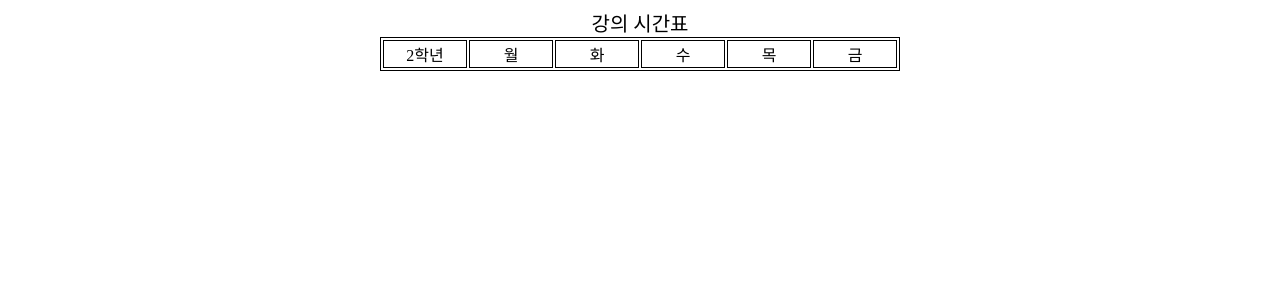
Repository: gyungmean/2020_2_webProgramming
Page: week1/week1/WebContent/Practice01/Practice01.html
These files come from the project's save history. The page is drawn as it stood at one moment and after the next save; the edit follows.
The browser window is 1280 px wide. The pictures show the whole page.

Above is the page before, as saved 2020-09-05 15:30:29.

### week1/week1/WebContent/Practice01/Practice01.html
<!-- 크롬 -->
<!DOCTYPE hTml>
<html>
<head>
	<title>컴퓨터학과 2학년 시간표</title>
	<style>
	caption {
		font-size: 20px;
	}
	table, td{
		border: 1px solid black;
	}
	td{
		width: 80px;
		higth: 80px;
		text-align: center;
	}

	</style>
</head>
<body>
	<div align="center">
		<table>
			<caption>강의 시간표</caption>
			<tr>
				<td>2학년</td>
				<td>월</td>
				<td>화</td>
				<td>수</td>
				<td>목</td>
				<td>금</td>
			</tr>
		</table>
	</div>
</body>
</html>

After the next save:
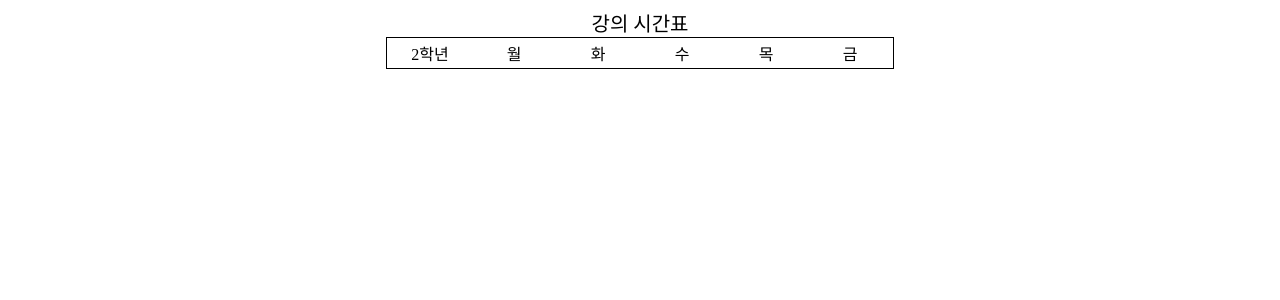
Saved 7 s later.
--- a/week1/week1/WebContent/Practice01/Practice01.html
+++ b/week1/week1/WebContent/Practice01/Practice01.html
@@ -7,7 +7,7 @@
 	caption {
 		font-size: 20px;
 	}
-	table, td{
+	table, tr{
 		border: 1px solid black;
 	}
 	td{
